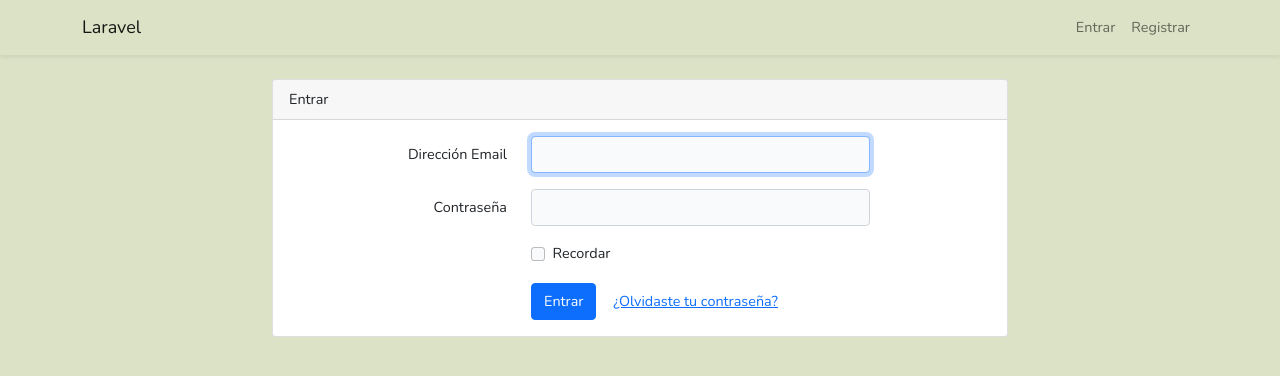
Repository: LUISNH1973/BodegasNH
Page: http://localhost/login
The author's editor kept a copy of each file at every save. The page is drawn from the files as they stood at one save, then again after the next save.
The browser window is 1280 px wide. The pictures show the whole page.
The page is served by the project's Laravel application, run on PHP 8.4 with Laravel 9. Other server files are loaded and not shown.

Above is the page before, as saved 2022-05-29 17:49:40.

### app/Providers/AppServiceProvider.php
<?php

namespace App\Providers;

use Illuminate\Support\ServiceProvider;

class AppServiceProvider extends ServiceProvider
{
    /**
     * Register any application services.
     *
     * @return void
     */
    public function register()
    {

    }

    /**
     * Bootstrap any application services.
     *
     * @return void
     */
    public function boot()
    {
     //
    }
}

### routes/web.php
<?php

use Illuminate\Support\Facades\Route;

/*
|--------------------------------------------------------------------------
| Web Routes
|--------------------------------------------------------------------------
|
| Here is where you can register web routes for your application. These
| routes are loaded by the RouteServiceProvider within a group which
| contains the "web" middleware group. Now create something great!
|
*/

Route::get('/', [App\Http\Controllers\PortafolioController::class, 'index']);

Auth::routes();

Route::resource('/proyectos', App\Http\Controllers\ProyectoController::class);

Route::get('/home', [App\Http\Controllers\HomeController::class, 'index'])->name('home');

### resources/views/auth/login.blade.php
@extends('layouts.app')

@section('content')
<div class="container">
    <div class="row justify-content-center">
        <div class="col-md-8">
            <div class="card">
                <div class="card-header">{{ __('Entrar') }}</div>

                <div class="card-body">
                    <form method="POST" action="{{ route('login') }}">
                        @csrf

                        <div class="row mb-3">
                            <label for="email" class="col-md-4 col-form-label text-md-end">{{ __('Dirección Email') }}</label>

                            <div class="col-md-6">
                                <input id="email" type="email" class="form-control @error('email') is-invalid @enderror" name="email" value="{{ old('email') }}" required autocomplete="email" autofocus>

                                @error('email')
                                    <span class="invalid-feedback" role="alert">
                                        <strong>{{ $message }}</strong>
                                    </span>
                                @enderror
                            </div>
                        </div>

                        <div class="row mb-3">
                            <label for="password" class="col-md-4 col-form-label text-md-end">{{ __('Contraseña') }}</label>

                            <div class="col-md-6">
                                <input id="password" type="password" class="form-control @error('password') is-invalid @enderror" name="password" required autocomplete="current-password">

                                @error('password')
                                    <span class="invalid-feedback" role="alert">
                                        <strong>{{ $message }}</strong>
                                    </span>
                                @enderror
                            </div>
                        </div>

                        <div class="row mb-3">
                            <div class="col-md-6 offset-md-4">
                                <div class="form-check">
                                    <input class="form-check-input" type="checkbox" name="remember" id="remember" {{ old('remember') ? 'checked' : '' }}>

                                    <label class="form-check-label" for="remember">
                                        {{ __('Recordar') }}
                                    </label>
                                </div>
                            </div>
                        </div>

                        <div class="row mb-0">
                            <div class="col-md-8 offset-md-4">
                                <button type="submit" class="btn btn-primary">
                                    {{ __('Entrar') }}
                                </button>

                                @if (Route::has('password.request'))
                                    <a class="btn btn-link" href="{{ route('password.request') }}">
                                        {{ __('¿Olvidaste tu contraseña?') }}
                                    </a>
                                @endif
                            </div>
                        </div>
                    </form>
                </div>
            </div>
        </div>
    </div>
</div>
<body style="background-color: rgb(219, 226, 198)">

</body>
@endsection

### resources/views/layouts/app.blade.php
<!doctype html>
<html lang="{{ str_replace('_', '-', app()->getLocale()) }}">
<head>
    <meta charset="utf-8">
    <meta name="viewport" content="width=device-width, initial-scale=1">

    <!-- CSRF Token -->
    <meta name="csrf-token" content="{{ csrf_token() }}">

    <title>{{ config('app.name', 'Laravel') }}</title>

    <!-- Scripts -->
    <script src="{{ asset('js/app.js') }}" defer></script>

    <!-- Fonts -->
    <link rel="dns-prefetch" href="//fonts.gstatic.com">
    <link href="https://fonts.googleapis.com/css?family=Nunito" rel="stylesheet">

    <!-- Styles -->
    <link href="{{ asset('css/app.css') }}" rel="stylesheet">
</head>
<body>
    <div id="app">
        <nav class="navbar navbar-expand-md navbar-light bg-grenn shadow-sm">
            <div class="container">
                <a class="navbar-brand" href="{{ url('/') }}">
                    {{ config('app.name', 'Laravel') }}
                </a>
                <button class="navbar-toggler" type="button" data-bs-toggle="collapse" data-bs-target="#navbarSupportedContent" aria-controls="navbarSupportedContent" aria-expanded="false" aria-label="{{ __('Toggle navigation') }}">
                    <span class="navbar-toggler-icon"></span>
                </button>

                <div class="collapse navbar-collapse" id="navbarSupportedContent">
                    <!-- Left Side Of Navbar -->
                    <ul class="navbar-nav me-auto">


                    {{-- @if (Route::has('login'))
                        <li class="nav-item">
                            <a class="nav-link" href="{{ route('proyectos.index') }}">{{ __('Productos') }}</a>
                        </li>
                    @endif --}}


                    </ul>

                    <!-- Right Side Of Navbar -->
                    <ul class="navbar-nav ms-auto">
                        <!-- Authentication Links -->
                        @guest
                            @if (Route::has('login'))
                                <li class="nav-item">
                                    <a class="nav-link" href="{{ route('login') }}">{{ __('Entrar') }}</a>
                                </li>
                            @endif

                            @if (Route::has('register'))
                                <li class="nav-item">
                                    <a class="nav-link" href="{{ route('register') }}">{{ __('Registrar') }}</a>
                                </li>
                            @endif
                        @else
                            <li class="nav-item dropdown">
                                <a id="navbarDropdown" class="nav-link dropdown-toggle" href="#" role="button" data-bs-toggle="dropdown" aria-haspopup="true" aria-expanded="false" v-pre>
                                    {{ Auth::user()->name }}
                                </a>

                                <div class="dropdown-menu dropdown-menu-end" aria-labelledby="navbarDropdown">
                                    <a class="dropdown-item" href="{{ route('logout') }}"
                                       onclick="event.preventDefault();
                                                     document.getElementById('logout-form').submit();">
                                        {{ __('Cerrar Sesión') }}
                                    </a>

                                    <form id="logout-form" action="{{ route('logout') }}" method="POST" class="d-none">
                                        @csrf
                                    </form>
                                </div>
                            </li>
                        @endguest
                    </ul>
                </div>
            </div>
        </nav>

        <main class="py-4">
            @yield('content')
        </main>
    </div>
</body>
</html>

Loaded but not shown: app/Http/Controllers/Auth/ConfirmPasswordController.php (common file); app/Http/Controllers/Controller.php (common file); app/Http/Controllers/Auth/LoginController.php (common file); lang/en.json (common file); public/css/app.css (library)

After the next save:
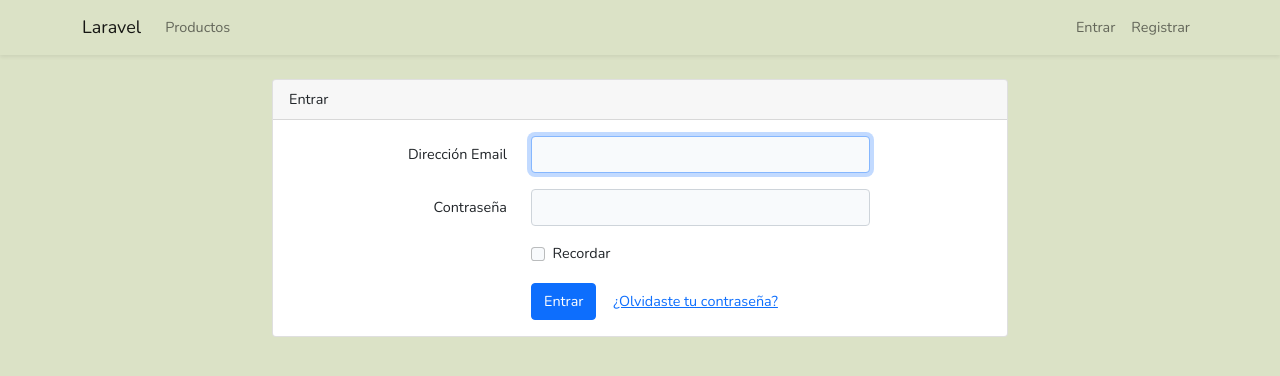
Saved 21 min 28 s later.
--- a/resources/views/layouts/app.blade.php
+++ b/resources/views/layouts/app.blade.php
@@ -35,11 +35,11 @@
                     <ul class="navbar-nav me-auto">
 
 
-                    {{-- @if (Route::has('login'))
+                    @if (Route::has('login'))
                         <li class="nav-item">
                             <a class="nav-link" href="{{ route('proyectos.index') }}">{{ __('Productos') }}</a>
                         </li>
-                    @endif --}}
+                    @endif
 
 
                     </ul>
